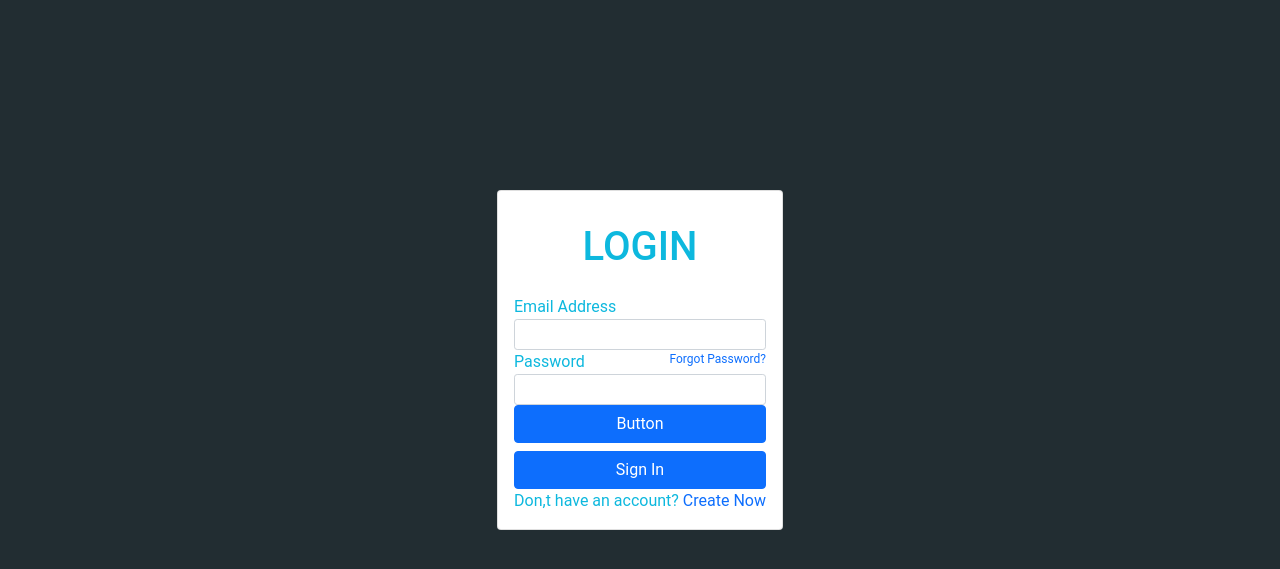
Repository: zjria/Bootstrap_logIn_1
Page: LoginPage/index.html
The author's editor kept a copy of each file at every save. The page is drawn from the files as they stood at one save, then again after the next save.
The browser window is 1280 px wide. The pictures show the whole page.

Above is the page before, as saved 2022-06-14 11:37:35.

### LoginPage/index.html
<!DOCTYPE html>
<html lang="en">
<head>
    <meta charset="UTF-8">
    <meta http-equiv="X-UA-Compatible" content="IE=edge">
    <meta name="viewport" content="width=device-width, initial-scale=1.0">
    <title>LogIn Page</title>

    <!-- Bootstrap CDN Link -->
    <link href="https://cdn.jsdelivr.net/npm/bootstrap@5.0.2/dist/css/bootstrap.min.css" rel="stylesheet" integrity="sha384-EVSTQN3/azprG1Anm3QDgpJLIm9Nao0Yz1ztcQTwFspd3yD65VohhpuuCOmLASjC" crossorigin="anonymous">

    <!-- Google Font -->
    <link rel="preconnect" href="https://fonts.googleapis.com">
    <link rel="preconnect" href="https://fonts.gstatic.com" crossorigin>
    <!-- Custom Css -->
    <link rel="stylesheet" href="style.css">
</head>
<body>
    <div class="global-container">
        <div class="card login-form">
            <div class="card-body">
                <h1 class="card-body text-center">LOGIN</h1>
                <div class="card-text">
                    <form action="#">

                        <div class="form-group">
                            <label for="exampleInputEmail1">Email Address</label>
                            <input type="email" class="form-control form-control-sm" id="exampleInputEmail1">
                        </div>

                        <div class="form-group">
                            <label for="exampleInputPassword1">Password</label>
                            <a href="#" style="float: right; font-size: 12px;" class="text-decoration-none">Forgot Password?</a>

                            <input type="password" class="form-control form-control-sm" id="exampleInputPassword1">


                            <div class="d-grid gap-2">
                                <button class="btn btn-primary" type="button">Button</button>

                                <button type="submit" class="btn btn-primary btn-block">
                                    Sign In

                                </button>

                              </div>





                        </div>




                        <div class="singUp">Don,t have an account? <a href="#" class="text-decoration-none">Create Now</a></div>
                    </form>
                </div>
            </div>
        </div>
    </div>

<!-- Bootstrap JavaScript Link -->
<script src="https://cdn.jsdelivr.net/npm/bootstrap@5.0.2/dist/js/bootstrap.bundle.min.js" integrity="sha384-MrcW6ZMFYlzcLA8Nl+NtUVF0sA7MsXsP1UyJoMp4YLEuNSfAP+JcXn/tWtIaxVXM" crossorigin="anonymous"></script>

</body>
</html>

### LoginPage/style.css
body, html {
    height: 100%;
    background-color: #222d32 !important;
    font-family: 'Roboto', sans-serif;
}
.global-container{
    height: 100%;
    display: flex;
    align-items: center;
    justify-content: center;
    color: #0db8de;
}

After the next save:
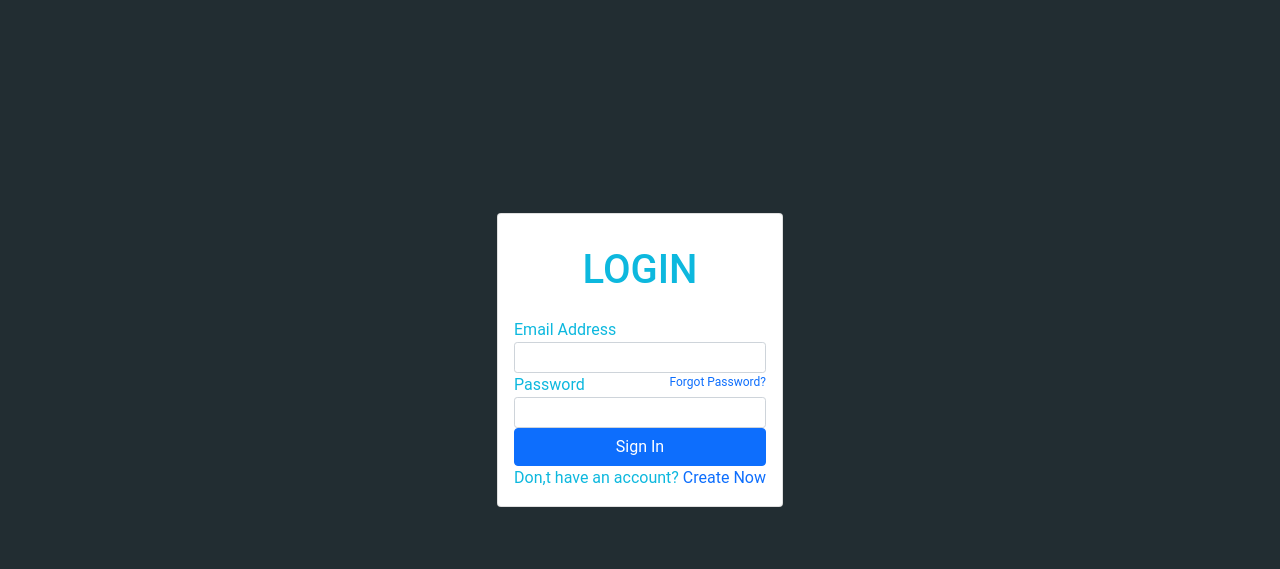
Saved 25 s later.
--- a/LoginPage/index.html
+++ b/LoginPage/index.html
@@ -36,7 +36,7 @@
 
 
                             <div class="d-grid gap-2">
-                                <button class="btn btn-primary" type="button">Button</button>
+
 
                                 <button type="submit" class="btn btn-primary btn-block">
                                     Sign In
